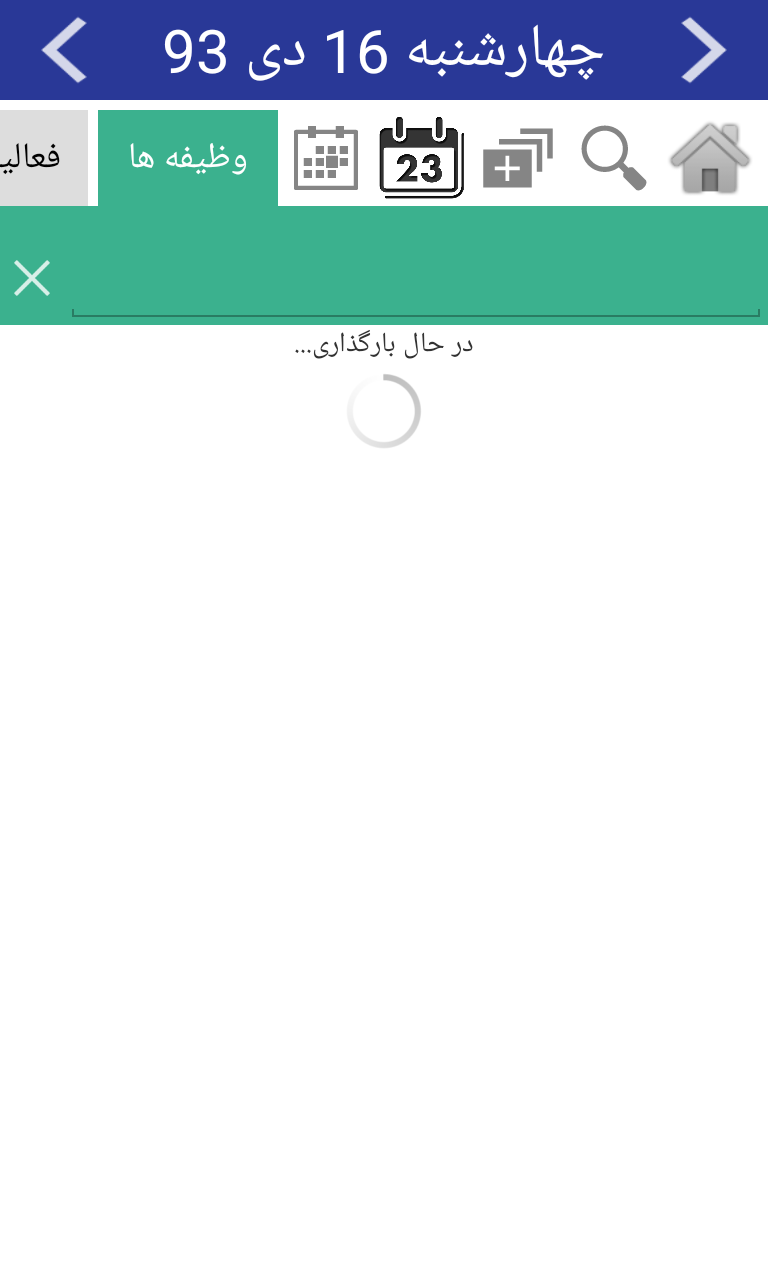
Repository: AtiehPardaz/CRM-Mobile
Layout: Crm-Mobile/res/layout/activity_task_action.xml
These files come from the project's save history. The layout is drawn as it stood at one moment and after the next save; the edit follows.
It is drawn on a 768 x 1280 px phone screen (xhdpi) without system bars, with theme android:Theme.Holo.Light.NoActionBar.Fullscreen; the app's code is not run. Lists and similar views that code fills are empty.

Above is the layout before, as saved 2015-02-23 14:02:04.

### Crm-Mobile/res/layout/activity_task_action.xml
<?xml version="1.0" encoding="utf-8"?>
<LinearLayout xmlns:android="http://schemas.android.com/apk/res/android"
    android:layout_width="match_parent"
    android:layout_height="match_parent"
    android:orientation="vertical" >

    <LinearLayout
        android:layout_width="match_parent"
        android:layout_height="50dp"
        android:background="@color/blue_titlecolor"
        android:gravity="center"
        android:orientation="horizontal" >

        <ImageButton
            android:id="@+id/imageButton1"
            android:layout_width="wrap_content"
            android:layout_height="wrap_content"
            android:background="@drawable/ic_action_back_item" />

        <View
            android:id="@+id/View04"
            android:layout_width="0dp"
            android:layout_height="0dp"
            android:layout_weight="1" />

        <TextView
            android:id="@+id/tv_title_monthview_taskaction"
            android:layout_width="wrap_content"
            android:layout_height="wrap_content"
            android:layout_gravity="center"
            android:text="چهارشنبه 16 دی 93"
            android:textAppearance="?android:attr/textAppearanceLarge"
            android:textColor="#ffffff"
            android:textSize="30sp" />

        <View
            android:id="@+id/View03"
            android:layout_width="0dp"
            android:layout_height="0dp"
            android:layout_weight="1" />

        <ImageButton
            android:id="@+id/imageButton2"
            android:layout_width="wrap_content"
            android:layout_height="wrap_content"
            android:background="@drawable/ic_action_next_item" />

    </LinearLayout>

    <View
        android:id="@+id/View02"
        android:layout_width="0dp"
        android:layout_height="5dp" />

    <LinearLayout
        android:layout_width="match_parent"
        android:layout_height="wrap_content"
        android:layout_gravity="right|center"
        android:gravity="right"
        android:orientation="horizontal" >

        <Button
            android:id="@+id/btn_action_taskaction"
            android:layout_width="90dp"
            android:layout_height="wrap_content"
            android:layout_gravity="left"
            android:layout_marginLeft="5dp"
            android:layout_marginRight="5dp"
            android:background="@color/bg_action_gray"
            android:paddingLeft="5dp"
            android:paddingRight="5dp"
             android:text="فعالیت ها"
             />

        <Button
             android:id="@+id/btn_task_taskaction"

            android:layout_width="90dp"
            android:layout_height="wrap_content"
            android:layout_gravity="left"
            android:background="@color/bg_action_green"
            android:paddingLeft="5dp"
            android:paddingRight="5dp"
           android:text="وظیفه ها"
            android:textColor="#ffffff" />

        <View
            android:id="@+id/View05"
            android:layout_width="0dp"
            android:layout_height="0dp"
            android:layout_weight="1" />

        <ImageButton
            android:id="@+id/btn_monthviewlist_taskaction"
            android:layout_width="48dp"
            android:layout_height="48dp"
            android:layout_gravity="center"
            android:background="@drawable/taghvim" />

        <ImageButton
            android:id="@+id/btn_monthview_taskaction"
            android:layout_width="48dp"
            android:layout_height="48dp"
            android:background="@drawable/ic_action_month" />

        <ImageButton
            android:id="@+id/btn_add_taskaction"
            android:layout_width="48dp"
            android:layout_height="48dp"
            android:background="@drawable/ic_action_add_to_queue" />

        <ImageButton
            android:id="@+id/btn_search_taskaction"
            android:layout_width="48dp"
            android:layout_height="48dp"
            android:layout_gravity="center"
            android:background="@drawable/search" />

        <ImageButton
            android:id="@+id/btn_home_taskaction"
            android:layout_width="48dp"
            android:layout_height="48dp"
            android:layout_marginRight="5dp"
            android:background="@drawable/home" />
    </LinearLayout>

    <LinearLayout
        android:layout_width="match_parent"
        android:layout_height="wrap_content"
        android:background="@color/bg_action_green"
        android:orientation="vertical" >

        <View
            android:id="@+id/View01"
            android:layout_width="0dp"
            android:layout_height="20dp"
            android:layout_weight="2" />

        <LinearLayout
            android:id="@+id/ll_search_taskaction"
            android:layout_width="match_parent"
            android:layout_height="wrap_content"
            android:layout_weight="2"
            android:visibility="visible" >

            <ImageButton
                android:id="@+id/imgbtn_clearsearch_taskaction"
                android:layout_width="32dp"
                android:layout_height="32dp"
                android:background="@drawable/cancel" />

            <EditText
                android:id="@+id/et_search_taskaction"
                android:layout_width="match_parent"
                android:layout_height="wrap_content"
                android:layout_weight="2"
                android:ems="10"
                android:gravity="right" />

        </LinearLayout>

    </LinearLayout>

    <LinearLayout
        android:id="@+id/LinearLayout1"
        android:layout_width="match_parent"
        android:layout_height="match_parent"
        android:layout_gravity="center"
        android:gravity="center"
        android:orientation="vertical" >

        <LinearLayout
            android:id="@+id/ll_loading_taskaction"
            android:layout_width="wrap_content"
            android:layout_height="wrap_content"
            android:orientation="vertical"
            android:visibility="visible" >

            <TextView
                android:id="@+id/tv_loadin_taskaction"
                android:layout_width="wrap_content"
                android:layout_height="wrap_content"
                android:gravity="center"
                android:text="در حال بارگذاری..."
                android:visibility="visible" />

            <ProgressBar
                android:id="@+id/progressBar1_taskaction"
                android:layout_width="wrap_content"
                android:layout_height="wrap_content"
                android:layout_gravity="center" />
        </LinearLayout>

        <ListView
            android:id="@+id/lv_task_action"
            android:layout_width="fill_parent"
            android:layout_height="wrap_content"
            android:layout_weight="1"
            android:focusable="false"
            android:visibility="visible" >
        </ListView>
    </LinearLayout>

</LinearLayout>

### Crm-Mobile/res/values/colors.xml
<?xml version="1.0" encoding="utf-8"?>
<resources>

    <color name="first_row_text_color">#000000</color>
    <color name="holidays_text_color">#FF0000</color>
    <color name="first_row_background_color">#DDDDDD</color>

    <!-- solely used on QiblaCompassView -->
    <color name="background_color">#6E97B9</color>
    <color name="marker_color">#FFFFFF</color>
    <color name="text_color">#000000</color>
    <color name="bg_action_green">#3BB18E</color>
    <color name="bg_action_gray"> #dddddd</color>
    <color name="white_color"> #ffffff</color>
    <color name="blue_titlecolor"> #293897</color>

</resources>

After the next save:
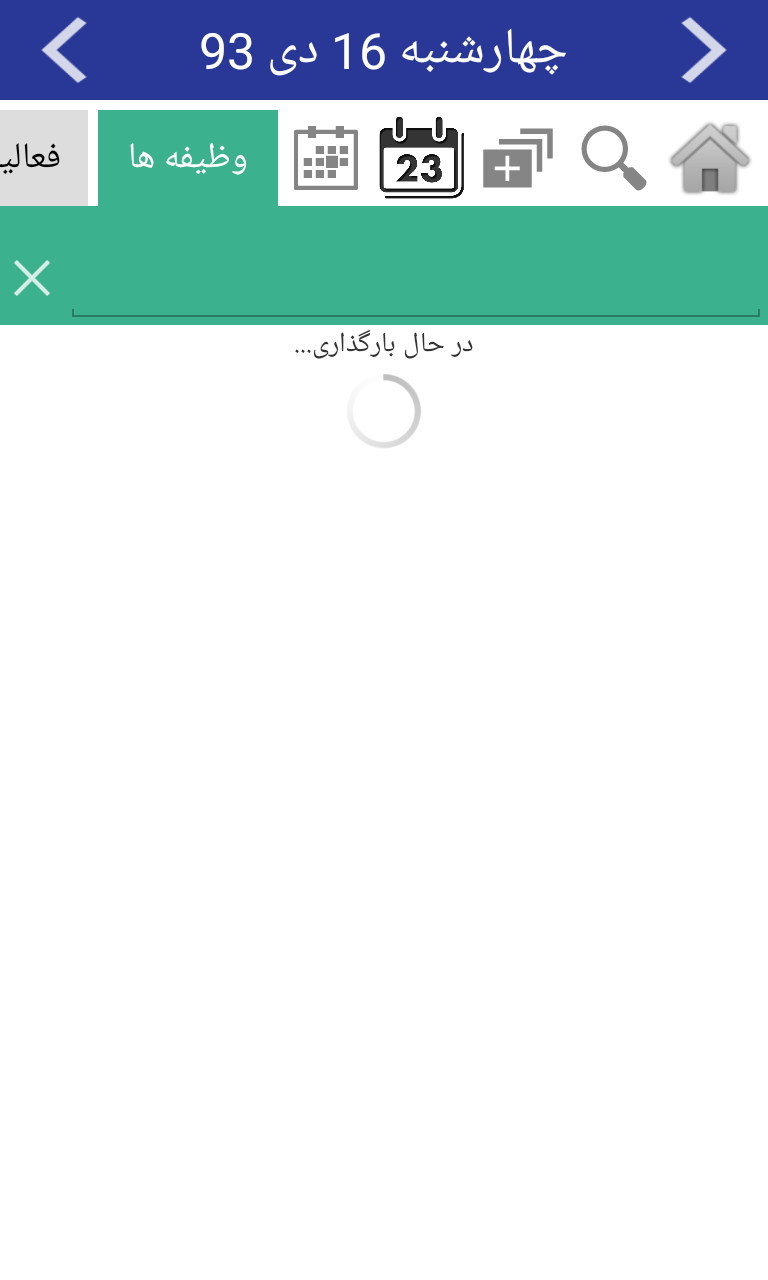
Saved 1 s later.
--- a/Crm-Mobile/res/layout/activity_task_action.xml
+++ b/Crm-Mobile/res/layout/activity_task_action.xml
@@ -31,7 +31,7 @@
             android:text="چهارشنبه 16 دی 93"
             android:textAppearance="?android:attr/textAppearanceLarge"
             android:textColor="#ffffff"
-            android:textSize="30sp" />
+            android:textSize="25sp" />
 
         <View
             android:id="@+id/View03"
